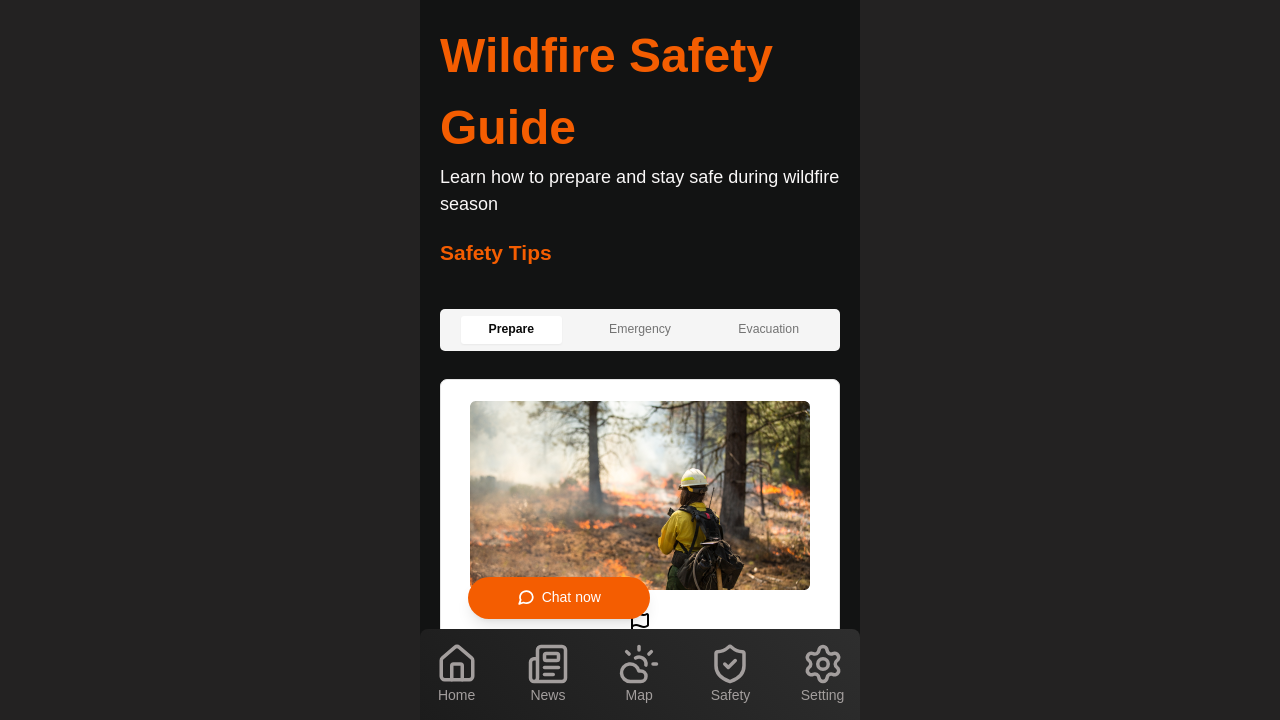
Repository: BCITKevin/Flare_IDSP
Page: /safety
The author's editor kept a copy of each file at every save. The page is drawn from the files as they stood at one save, then again after the next save.
The browser window is 1280 px wide. The pictures show the whole page.
An inner scrolling area shows only its first screen. Some web fonts or font styles are not loaded; a fallback is used. The project was rebuilt for these pictures with package versions that can differ from the ones it lists, and the page was loaded fresh each time. The framework's server and built-in components were replaced by stand-ins that run in the browser. Also part of the build but not shown: next.config.js, next.config.mjs.

Above is the page before, as saved 2024-11-30 07:50:30.

### src/app/layout.tsx
import type { Metadata } from "next";
import Script from 'next/script';
import "./globals.css";
import { BrowserRouter } from "react-router-dom";

export const metadata: Metadata = {
  title: "Flare",
  description: "Flare is disaster response platform.",
  manifest: "/manifest.json",
};

export default function RootLayout({
  children,
}: Readonly<{
  children: React.ReactNode;
}>) {
  return (
    <html lang="en">
        <head>
          <link rel="manifest" href="/manifest.json" />
          <link rel="icon" href="/favicon.ico" />
          <link rel="apple-touch-icon" href="/images/logo-192x192.png" />
          <link
            rel="stylesheet"
            href="https://cdnjs.cloudflare.com/ajax/libs/leaflet/1.9.4/leaflet.min.css"
            crossOrigin=""
          />
        </head>
        <body
          className={`antialiased`}
        >
          {children}
          <Script
            src="https://cdnjs.cloudflare.com/ajax/libs/leaflet/1.9.4/leaflet.min.js"
            strategy="beforeInteractive"
            crossOrigin=""
          />
        </body>
    </html>
  );
}

### src/app/safety/page.tsx
'use client';

import { Tabs, TabsContent, TabsList, TabsTrigger } from "@/components/ui/tabs";
import {
    Card,
    CardContent,
    // CardDescription,
    // CardFooter,
    CardHeader,
    // CardTitle,
} from "@/components/ui/card"
import styles from "./safety.module.css"
import { Backpack, Map, Flag } from "lucide-react";
import prepareHero from "../public/images/prepareHero.png"
import evacHero from "../public/images/EvacHero.png"
import emergencyHero from "../public/images/EmergencyHero.png"
import BottomNavBar from "@/components/BottomNavBar/BottomNavBar";
import React from "react";

import { useState } from "react";
import Image from "next/image";

type Message = {
    text: string;
    sender: string;
};

// Card can be reformatted into a reusable component

export default function Safety() {
    const [showChat, setShowChat] = useState(false);
    const [activeTab, setActiveTab] = useState('Prepare');
    const [prevMsg, setMsg] = useState<Message[]>([
        { text: "Hello! Is there anything about wildfires I could help you with today?", sender: 'bot' },
    ]);


    async function handleSubmit(e: React.FormEvent<HTMLFormElement>) {
        e.preventDefault()

        try {
            const message = (document.querySelector('#message') as HTMLInputElement)?.value;
            (document.querySelector('#message') as HTMLInputElement).value = '';

            console.log(message);
            setMsg((prevMsg) => [...prevMsg, { text: message, sender: 'user' }]);

            const res = await fetch('/api/safety', {
                method: 'POST',
                headers: {
                    'Content-Type': 'application/json',
                },
                body: JSON.stringify({ message }),
            });

            if (!res.ok) {
                console.error();
                throw new Error('OOPS, SOMETHIN WRONG WITH BOT');
            }
            const data = await res.json();

            const botResponse = data.chat.content || "Sorry, I can't process your request. Please try again";

            setMsg((prevMsg) => [...prevMsg, { text: botResponse, sender: 'bot' }]);

            console.log('from gpt: ', botResponse);
        }
        catch (err) {
            console.error(err);
        }
    }

    const prepareText = `
    <strong>Stay informed:</strong> It’s crucial to stay updated on emergency alerts and evacuation orders issued by local authorities. Regularly check with Flare and turn on notifications and stay updated with the news. These alerts provide critical information about wildfire locations, safe zones, and road closures.
    <br><br>
    <strong>Assemble an emergency kit:</strong> Include:
    <ul>
        <li>- First aid supplies, such as bandages, antiseptics, and pain relievers.</li>
        <li>- Enough non-perishable food and water to sustain your household for at least 3 days.</li>
        <li>- Flashlights with spare batteries, a multi-tool, a whistle for signaling, and a fire extinguisher.</li>
        <li>- Personal hygiene items, blankets, and clothing suitable for various weather conditions.</li>
    </ul>
    <br>
    <strong>Follow evacuation routes:</strong> Use the safest, predefined routes recommended by local authorities. Avoid unfamiliar roads that could be blocked or unsafe. Always have a physical map in case of GPS or mobile network failure.
    <br><br>
    <strong>Leave as early as possible:</strong> Don’t wait until the last moment to evacuate. Early action reduces risks and allows emergency responders to focus on critical areas. Traffic congestion and panic during last-minute evacuations can pose additional dangers.
    <br><br>
    <strong>Assist neighbors if possible:</strong> Check on those in your community who may need help, especially the elderly, people with disabilities, or families without transportation. Offer support by carpooling or sharing resources.
    <br><br>
    <strong>Keep your vehicle ready:</strong> Ensure your vehicle is in good condition with a full gas tank. Keep the keys easily accessible, park the car facing outward for a quick exit, and load essential items in advance to save time during an emergency.
    <br><br>
    <strong>Practice your evacuation plan:</strong> Conduct regular drills with your household to ensure everyone knows their roles and responsibilities. Familiarity with the process can reduce stress and confusion during an actual emergency.
    <br><br>
    <strong>Create a defensible space around your home:</strong> Clear dry leaves, branches, and other flammable materials at least 30 feet from your home. Trim tree branches to a height of at least 6 feet to prevent fire from climbing. Regularly maintain gutters and roofs by removing debris. Store firewood and other combustible items far from structures.
    <br><br>
    `;


    const emergencyText = `
    <strong>If you are in danger, contact emergency services immediately:</strong> Dial the emergency hotline 911 if your safety is compromised. Or  call 1 800 663-5555 toll-free or <strong>*5555</strong> on a cellphone to report a wildfire. Clearly state your location and the nature of the emergency to ensure responders can locate you quickly. Avoid using the line for non-critical updates to keep it free for those in immediate need.
    <br><br>
    <strong>Stay inside if safe:</strong> If evacuation is not possible, shelter in place in a safe room. Select an area with minimal windows and external doors, preferably one located at the center of your home or on the opposite side of the fire’s path. Keep the space stocked with basic necessities, including water, flashlights, and communication devices.
    <br><br>
    <strong>Block air entry:</strong> Use duct tape, wet towels, or other materials to seal gaps around doors and windows to prevent smoke infiltration. Shut off HVAC systems and close vents to further limit the entry of hazardous air.
    <br><br>
    <strong>Listen to official information:</strong> Stay tuned to updates from local authorities via radio, mobile apps, or reliable online sources. Avoid spreading or acting on unverified information that may cause unnecessary panic.
    <br><br>
    <strong>Use face coverings:</strong> If you need to go outside or smoke enters your shelter, use wet towels, bandanas, or certified N95 masks to filter harmful particles. This is especially important for individuals with respiratory issues, the elderly, and young children.
    <br><br>
    <strong>Stay hydrated:</strong> Drink plenty of water to combat dehydration caused by heat and smoke inhalation. Avoid alcohol or caffeinated drinks, which can exacerbate dehydration. If possible, keep oral rehydration salts or electrolyte drinks on hand.
    <br><br>
    <strong>Be prepared for power outages:</strong> Wildfires may disrupt electricity. Keep flashlights, extra batteries, and a manual crank radio available. Charge your devices in advance and consider using portable power banks.
    <br><br>
    <strong>Plan for communication:</strong> If mobile networks are down, use walkie-talkies or pre-established signals with neighbors and family to communicate effectively.
    <br><br>
    <strong>Protect pets and livestock:</strong> Keep your pets in a secure area with food and water. If possible, move livestock to open areas far from fire hazards.
    <br><br>
    <strong>Monitor air quality:</strong> Use air purifiers indoors if available and check air quality levels through official channels to minimize smoke-related health risks.
    `;


    const evacuationText = `
    <strong>Develop a family emergency plan:</strong> Create a detailed emergency plan that includes designated meeting spots, multiple communication strategies, and escape routes for different scenarios. Assign responsibilities to each family member and rehearse the plan frequently to ensure everyone is prepared.
    <br><br>
    <strong>Prepare to leave immediately:</strong>
    - Ensure you have gathered all essential items ahead of time to avoid delays. These include:
    <br><br>
    <ul>
        <li>- <strong>Medications</strong>, including prescription drugs and a basic first aid kit for minor injuries.</li>
        <li>- <strong>Important documents</strong>, such as government-issued IDs, insurance papers, property deeds, and emergency contact information.</li>
        <li>- Your <strong>emergency kit</strong> as outlined in the prepare section</li>
        <li>- Personal items like clothing, toiletries, and any essential supplies for infants, pets, or elderly family members.</li>
    </ul>
    <br>
    <strong>Keep important documents ready:</strong> Store essential documents like birth certificates, passports, medical records, and insurance policies in a waterproof, fireproof safe. Back up digital copies to cloud storage or an external hard drive.
    <br><br>
    <strong>Know your local risk level:</strong> Familiarize yourself with wildfire risks in your area by consulting local government websites and fire risk maps. Participate in community evacuation drills to understand the best practices and routes in case of an emergency.
    <br><br>
    <strong>Sign up for emergency alerts:</strong> Subscribe to wildfire and weather warning systems offered by local authorities.
    <br><br>
    <strong>Invest in fire-resistant building materials:</strong> Upgrade your home with fire-resistant roofing, siding, and windows. Install ember-resistant vents to prevent sparks from entering your home.
    <br><br>
    <strong>Prepare your vehicle:</strong> Keep your car in good working condition, with a full gas tank and an emergency kit inside. Include maps, a spare tire, tools, and extra supplies to ensure mobility during an evacuation.
    <br><br>
    <strong>Coordinate with your neighbors:</strong> Work together with your community to create a wildfire response plan. Share resources, such as tools and safety tips, to enhance collective preparedness.
    <br><br>
    <strong>Learn fire suppression techniques:</strong> Take basic training on how to use a fire extinguisher and other suppression tools effectively. Know when to evacuate instead of attempting to combat the fire yourself.
    <br><br>
    <strong>Advocate for local safety measures:</strong> Encourage local governments to implement wildfire prevention strategies, such as controlled burns, community fuel breaks, and infrastructure upgrades.
    `;




    return (
        <body className="min-h-screen overflow-y-auto">
            <div className="safetyLayout h-full overflow-y-auto mb-44">
                <div className={styles.safetyHeading}>
                    <h1>
                        Wildfire Safety Guide
                    </h1>
                    <h5 className={styles.whiteText}>
                        Learn how to prepare and stay safe during wildfire season
                    </h5>
                </div>
                {/* <Card className="p-5 mt-3 transition-all duration-300 hover:shadow-lg border-l-4 border-l-orange-500">
                    <CardHeader className="p-0 mb-3">
                        <div className="flex items-center gap-2">
                            <strong className={`${styles.articleBody} text-lg`}>
                                Based on your Location and Recent Weather
                            </strong>
                        </div>
                    </CardHeader>
                    <CardContent className="p-0">
                        <div className="flex flex-col gap-2">
                            <p className={`${styles.articleBody} leading-relaxed`}>
                                Consider bringing:
                            </p>
                            <ul className="list-disc ml-5 space-y-1">
                                <li className={styles.articleBody}>Extra water (1 gallon per person)</li>
                                <li className={styles.articleBody}>Cooling towels</li>
                                <li className={styles.articleBody}>Sun protection (hat, sunscreen)</li>
                            </ul>
                        </div>
                    </CardContent>
                </Card> */}
                <div className={`${styles.safetyHeading} mb-6 mt-6`}>
                    <h3 className="text-2xl font-bold">
                        Safety Tips
                    </h3>
                </div>
                <div className="mt-2">
                <Tabs defaultValue="Prepare" className="w-full flex flex-col" onValueChange={setActiveTab}>
                        <TabsList className="space-x-8 p-6 my-6">
                            <TabsTrigger value="Prepare" className={`w-full ${activeTab === 'Prepare' ? styles.activeTab : ''}`}>Prepare</TabsTrigger>
                            <TabsTrigger value="Emergency" className={`w-full ${activeTab === 'Emergency' ? styles.activeTab : ''}`}>Emergency</TabsTrigger>
                            <TabsTrigger value="Evacuation" className={`w-full ${activeTab === 'Evacuation' ? styles.activeTab : ''}`}>Evacuation</TabsTrigger>
                        </TabsList>
                        <TabsContent value="Prepare">
                            <Card className={`${styles.card} p-6 flex flex-col items-center mb-24`}>
                                <Image src={prepareHero} width={340} height={189} alt="a rescue worker looking towards a wildfire" />
                                <Flag color="black" className="m-6" />
                                <p dangerouslySetInnerHTML={{ __html: prepareText }} className={styles.articleBody} />
                            </Card>
                        </TabsContent>
                        <TabsContent value="Emergency">
                            <Card className={`${styles.card} p-6 flex flex-col items-center mb-24`}>
                                <Image src={emergencyHero} width={340} height={189} alt="a rescue worker looking towards a wildfire" />
                                <Backpack color="black" className="m-6" />
                                <p dangerouslySetInnerHTML={{ __html: emergencyText }} className={styles.articleBody} />
                            </Card>
                        </TabsContent>
                        <TabsContent value="Evacuation">
                            <Card className={`${styles.card} p-6 flex flex-col items-center mb-24`}>
                                <Image src={evacHero} width={340} height={189} alt="a rescue worker looking towards a wildfire" />
                                <Map color="black" className="m-6" />
                                <p dangerouslySetInnerHTML={{ __html: evacuationText }} className={styles.articleBody} />
                            </Card>
                        </TabsContent>
                    </Tabs>
                </div>
                {showChat ? (
                    <>
                        <div className="justify-center items-center flex overflow-x-hidden overflow-y-auto fixed inset-0 z-50 outline-none focus:outline-none">
                            <div className="relative w-full h-full mx-auto max-w-3xl px-4 pt-6 pb-24">
                                <div className="border-0 rounded-lg shadow-lg relative flex flex-col w-full h-full bg-white outline-none focus:outline-none">
                                    {/* Header */}
                                    <div className="flex items-center justify-between p-4 border-b border-solid border-gray-200">
                                        <h3 className="text-lg font-semibold text-gray-900">Flare Assistant</h3>
                                        <button
                                            className="p-1 ml-auto border-0 text-black float-right text-3xl leading-none font-semibold"
                                            onClick={() => setShowChat(false)}
                                        >
                                            ×
                                        </button>
                                    </div>

                                    {/* Chat Messages */}
                                    <div className="relative p-4 flex-auto overflow-y-auto">
                                        {prevMsg.map((msg, i) => (
                                            <div key={i} className={`flex ${msg.sender === 'user' ? 'justify-end' : 'justify-start'} mb-4`}>
                                                <div className={`rounded-lg px-4 py-2 max-w-[80%] ${
                                                    msg.sender === 'user'
                                                    ? 'bg-[var(--orange)] text-white'
                                                    : 'bg-gray-100 text-gray-800'
                                                }`}>
                                                    {msg.text}
                                                </div>
                                            </div>
                                        ))}
                                    </div>

                                    {/* Input Form */}
                                    <div className="border-t border-solid border-gray-200 p-4">
                                        <form onSubmit={handleSubmit} className="flex gap-2">
                                            <input
                                                type="text"
                                                id="message"
                                                placeholder="Type your message..."
                                                className="flex-grow px-4 py-2 border border-gray-300 rounded-full focus:outline-none focus:border-[var(--orange)]"
                                            />
                                            <button
                                                type="submit"
                                                className="bg-[var(--orange)] text-white rounded-full px-6 py-2"
                                            >
                                                Send
                                            </button>
                                        </form>
                                    </div>
                                </div>
                            </div>
                        </div>
                        <div className="opacity-25 fixed inset-0 z-40 bg-black"></div>
                    </>
                ) : null}
                <div className="flex flex-col fixed bottom-24 rounded-md px-6 py-3 m-2 items-center gap-4 transition-all duration-300">
                    {/* <div>
                        <span className="flex justify-center text-white ">Flare Assistant</span>
                        <p className="text-white text-base">Ask us about how you can stay safe</p>
                    </div> */}
                    <button
                        className="flex justify-center bg-[var(--orange)] text-white rounded-full shadow-lg transition-all duration-300 flex items-center gap-2 px-4 py-2 w-3/4 hover:border-2 hover:border-white box-border w-52 h-12"
                        onClick={() => setShowChat(true)}
                    >
                        <img src="/icons/message-circle.svg" alt="chatbot icon" className="w-5 h-5 filter invert brightness-0" />
                        <span>Chat now</span>
                    </button>
                </div>
            </div>
            <BottomNavBar />
        </body>
    )
}

### src/components/ui/card.tsx
import * as React from "react"

import { cn } from "@/lib/utils"

const Card = React.forwardRef<
  HTMLDivElement,
  React.HTMLAttributes<HTMLDivElement>
>(({ className, ...props }, ref) => (
  <div
    ref={ref}
    className={cn(
      "rounded-lg border border-neutral-200 bg-white text-neutral-950 shadow-sm dark:border-neutral-800 dark:bg-neutral-950 dark:text-neutral-50",
      className
    )}
    {...props}
  />
))
Card.displayName = "Card"

const CardHeader = React.forwardRef<
  HTMLDivElement,
  React.HTMLAttributes<HTMLDivElement>
>(({ className, ...props }, ref) => (
  <div
    ref={ref}
    className={cn("flex flex-col space-y-1.5", className)}
    {...props}
  />
))
CardHeader.displayName = "CardHeader"

const CardTitle = React.forwardRef<
  HTMLParagraphElement,
  React.HTMLAttributes<HTMLHeadingElement>
>(({ className, ...props }, ref) => (
  <h3
    ref={ref}
    className={cn(
      "text-2xl font-semibold leading-none tracking-tight",
      className
    )}
    {...props}
  />
))
CardTitle.displayName = "CardTitle"

const CardDescription = React.forwardRef<
  HTMLParagraphElement,
  React.HTMLAttributes<HTMLParagraphElement>
>(({ className, ...props }, ref) => (
  <p
    ref={ref}
    className={cn("text-sm text-neutral-500 dark:text-neutral-400", className)}
    {...props}
  />
))
CardDescription.displayName = "CardDescription"

const CardContent = React.forwardRef<
  HTMLDivElement,
  React.HTMLAttributes<HTMLDivElement>
>(({ className, ...props }, ref) => (
  <div ref={ref} className={cn("pt-6", className)} {...props} />
))
CardContent.displayName = "CardContent"

const CardFooter = React.forwardRef<
  HTMLDivElement,
  React.HTMLAttributes<HTMLDivElement>
>(({ className, ...props }, ref) => (
  <div
    ref={ref}
    className={cn("flex items-center pt-6", className)}
    {...props}
  />
))
CardFooter.displayName = "CardFooter"

export { Card, CardHeader, CardFooter, CardTitle, CardDescription, CardContent }

### src/app/safety/safety.module.css

.safetyHeading {
    color: var(--orange);
}

.articleBody {
    color: var(--black);
}

.articleBody *{
    color: var(--black);
}

.whiteText {
    color: var(--white);
}

.activeTab {
    box-shadow: 0 4px 6px rgba(0,0,0, 0.3);
    font-weight: bold;
    transition: ease-in-out 0.2s;
}

@media only screen and (max-width: 600px) {
    .appLayout {
      overflow-y: scroll;
      padding-bottom: 8rem;
  }
}

### src/components/BottomNavBar/BottomNavBar.module.css
.navContainer {
  position: fixed;
  bottom: 0;
  width: 440px;

  display: flex;
  align-items: flex-end;
  gap: 18px;
  justify-content: space-around;

  color: var(--l-grey);
  border-radius: 8px 8px 0 0;
  background: linear-gradient(45deg, #1c1c1c 0.25%, #2e2e2e 99.75%);
}

.navIcon {
  display: flex;
  flex-direction: column;
  align-items: center;
  transition: color 0.3s, transform 0.3s, background-color 0.3s;
  padding: 1rem 12px;
  border-radius: 8px;
}

.navIcon:hover {
  color: #000000;
  transform: translateY(-2px);

  background-color: var(--white);
}

.active {
  color: grey; /* 활성화 시 색상 */
  transform: scale(1.1);
  background-color: #2b2b2b;
}

Loaded but not shown: src/lib/utils.ts (common file); src/app/globals.css (310 lines, source omitted); src/components/BottomNavBar/BottomNavBar.jsx (106 lines, source omitted); tailwind.config.ts (96 lines, source omitted); src/components/ui/tabs.tsx (55 lines, source omitted)

After the next save:
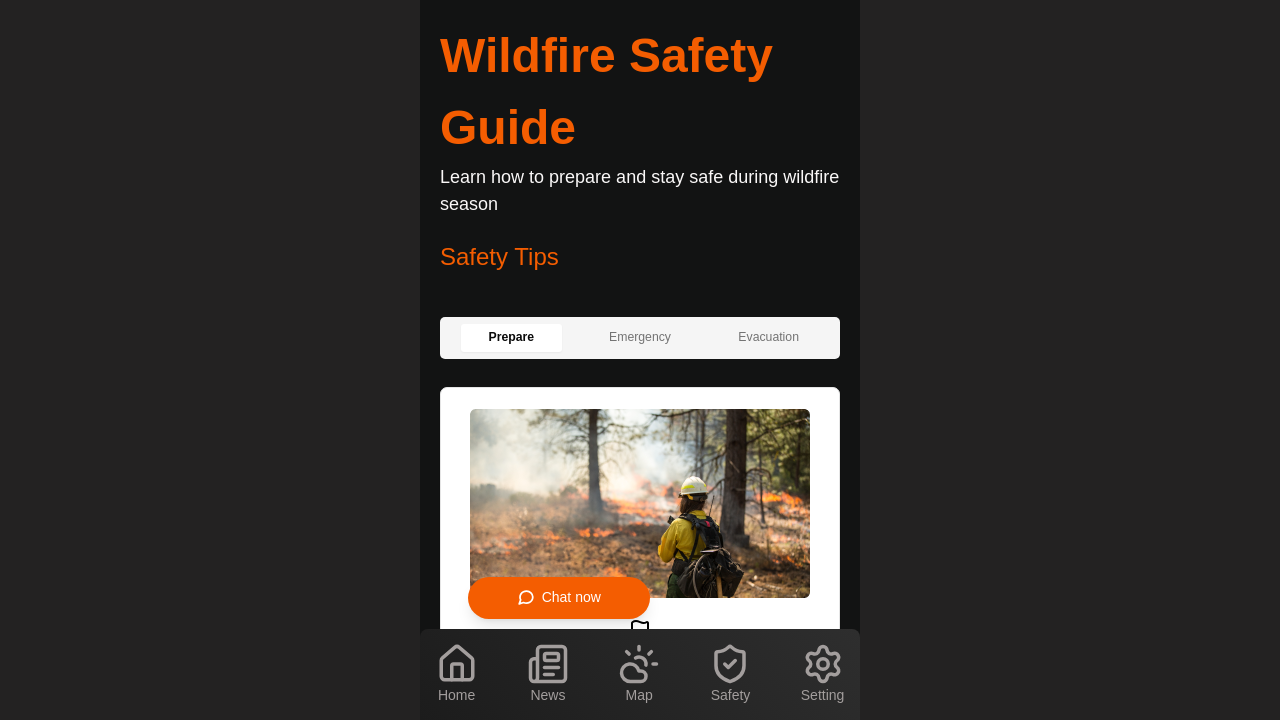
Saved 31 s later.
--- a/src/app/safety/page.tsx
+++ b/src/app/safety/page.tsx
@@ -185,7 +185,7 @@ export default function Safety() {
                     </CardContent>
                 </Card> */}
                 <div className={`${styles.safetyHeading} mb-6 mt-6`}>
-                    <h3 className="text-2xl font-bold">
+                    <h3>
                         Safety Tips
                     </h3>
                 </div>
